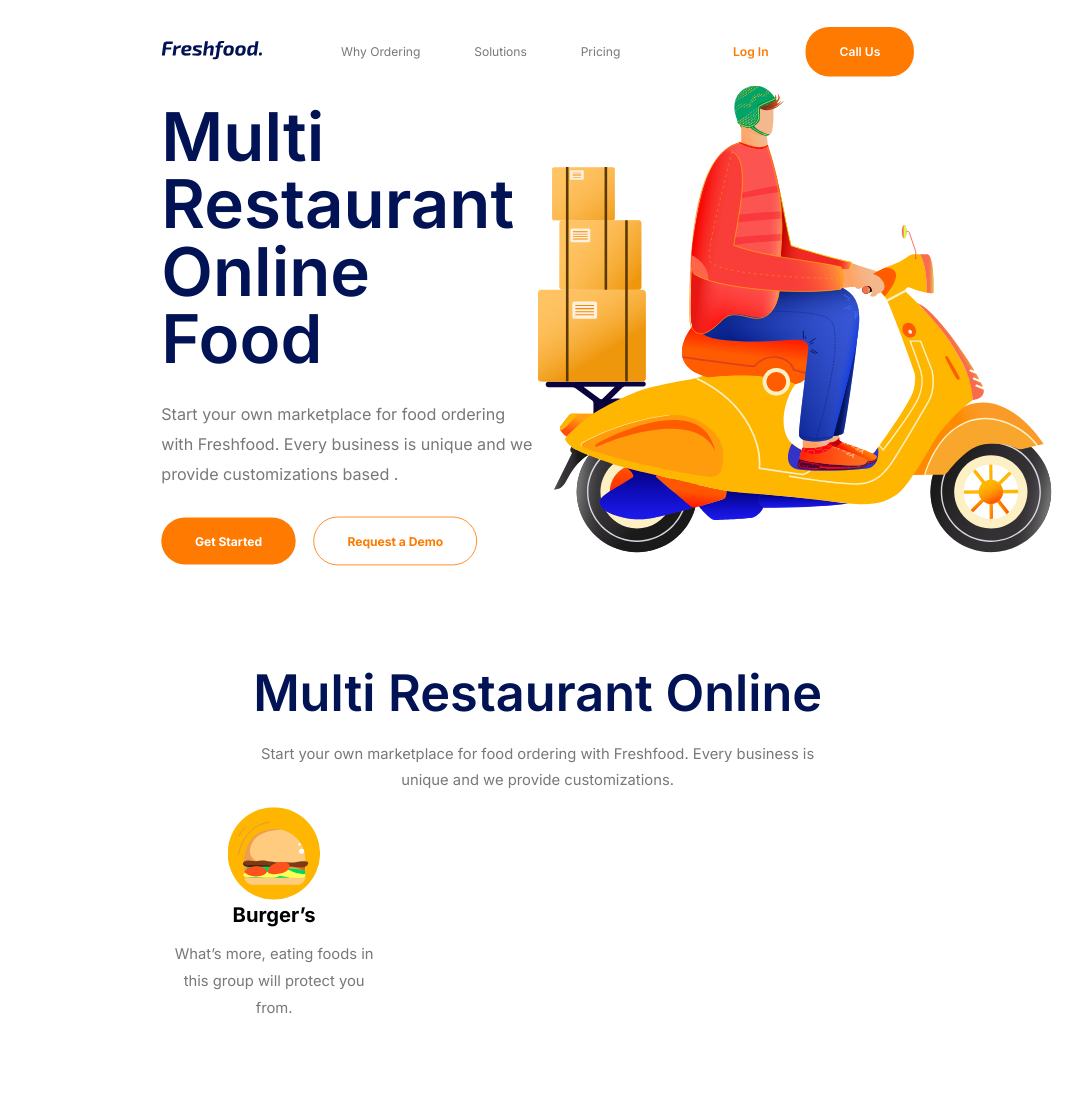
Repository: badhon252/FreshFood
Page: index.html
These files come from the project's save history. The page is drawn as it stood at one moment and after the next save; the edit follows.
The browser window is 1280 px wide. The pictures show the whole page, at 84% of full size.
The style sheet was rebuilt from its Sass, Less or Tailwind sources for each picture, by a compiler version that may differ from the author's.

Above is the page before, as saved 2022-09-06 00:47:59.

### index.html
<!DOCTYPE html>
<html lang="en">

<head>
    <meta charset="UTF-8">
    <meta http-equiv="X-UA-Compatible" content="IE=edge">
    <meta name="viewport" content="width=device-width, initial-scale=1.0">
    <link rel="stylesheet" href="./scss/style.css">
    <title>Document</title>
</head>

<body>
    <header class="container">
        <nav class="navbar">
            <div class="navbar-brand">
                <img src="./images/Freshfood.svg" alt="">
            </div>
            <ul class="navs">
                <li class="nav-item"><a href="" class="nav-link">Why Ordering</a></li>
                <li class="nav-item"><a href="" class="nav-link">Solutions</a></li>
                <li class="nav-item"><a href="" class="nav-link">Pricing</a></li>
            </ul>
            <div class="logs">
                <button class="btn">Log In</button>
                <button class="btn call">Call Us</button>
            </div>
        </nav>

        <div class="header-content">
            <div class="row">
                <div class="col-md-6">
                    <h1>Multi Restaurant <br> Online Food</h1>
                    <p>Start your own marketplace for food ordering <br> with Freshfood. Every business is unique and we
                        <br>
                        provide customizations
                        based .
                    </p>
                    <button class="btn start-btn">Get Started</button>
                    <button class="btn demo-btn">Request a Demo</button>
                </div>
                <div class="col-md-6"><img src="./images/Group 5402.svg" alt=""></div>
            </div>
        </div>

    </header>

    <section class="second-section container">
        <h1>Multi Restaurant Online</h1>
        <p>Start your own marketplace for food ordering with Freshfood. Every business is <br> unique and we provide
            customizations.</p>
        <div class="row">
            <div class="col-md-4"><img src="./images/Group 4463.svg" alt="">
                <h2>Burger’s</h2>
                <p>What’s more, eating foods in <br> this group will protect you <br> from.</p>
            </div>

        </div>
    </section>
</body>

</html>

### scss/style.scss
@import url("https://fonts.googleapis.com/css2?family=Inter:wght@400;600;700;800;900&display=swap");
* {
  margin: 0%;
  padding: 0%;
  box-sizing: border-box;
  font-family: "Inter", sans-serif;
}

.container {
  margin: 2rem 12rem;
}
.btn {
  outline: none;
  border: none;
  padding: 1.2rem 2.5rem;
  background-color: transparent;
}

.row {
  display: flex;
  justify-content: space-between;
  align-items: center;
  max-width: 100%;
  .col-md-6 {
    max-width: 50%;
  }
}

h1 {
  font-weight: 600;
  font-size: 60px;
  line-height: 80px;
  /* or 133% */

  color: #011255;
}
//=====
//=====
//=====
.navbar {
  display: flex;
  justify-content: space-between;
  align-items: center;
  ul {
    display: flex;
    li {
      margin: 1rem 2rem;
      list-style-type: none;
      .nav-link {
        text-decoration: none;
        color: black;
        font-weight: 500;
        font-size: 0.9rem;
        line-height: 21px;
        /* identical to box height */

        text-align: center;

        color: #787878;
      }
    }
  }

  .btn {
    font-weight: 500;
    font-size: 0.9rem;
    line-height: 21px;
    /* identical to box height */
    font-weight: 600;
    color: #ff7a00;
  }
  .call {
    background: #ff7a00;
    border-radius: 28px;
    color: #fff;
  }
}

.header-content {
  h1 {
    font-size: 5rem;
    margin: 2rem 0;
  }
  p {
    font-size: 1.2rem;
    margin: 2rem 0;
    line-height: 36px;
    color: #787878;
    font-weight: 500;
  }
  .btn {
    background: #ff7a00;
    border-radius: 60px;
    font-size: 0.9rem;
    font-weight: 700;
  }
  .start-btn {
    color: #fff;
    margin-right: 1rem;
  }
  .demo-btn {
    background-color: #ffffff;
    border: 1px solid #ff7a00;
    color: #ff7a00;
  }
}

.second-section {
  padding: 4rem 0;
  text-align: center;
  h1 {
    margin: 1rem;
  }
  p {
    font-size: 1.1rem;
    margin: 1rem;
    line-height: 32px;
    /* or 178% */

    text-align: center;

    color: #787878;
  }
}

After the next save:
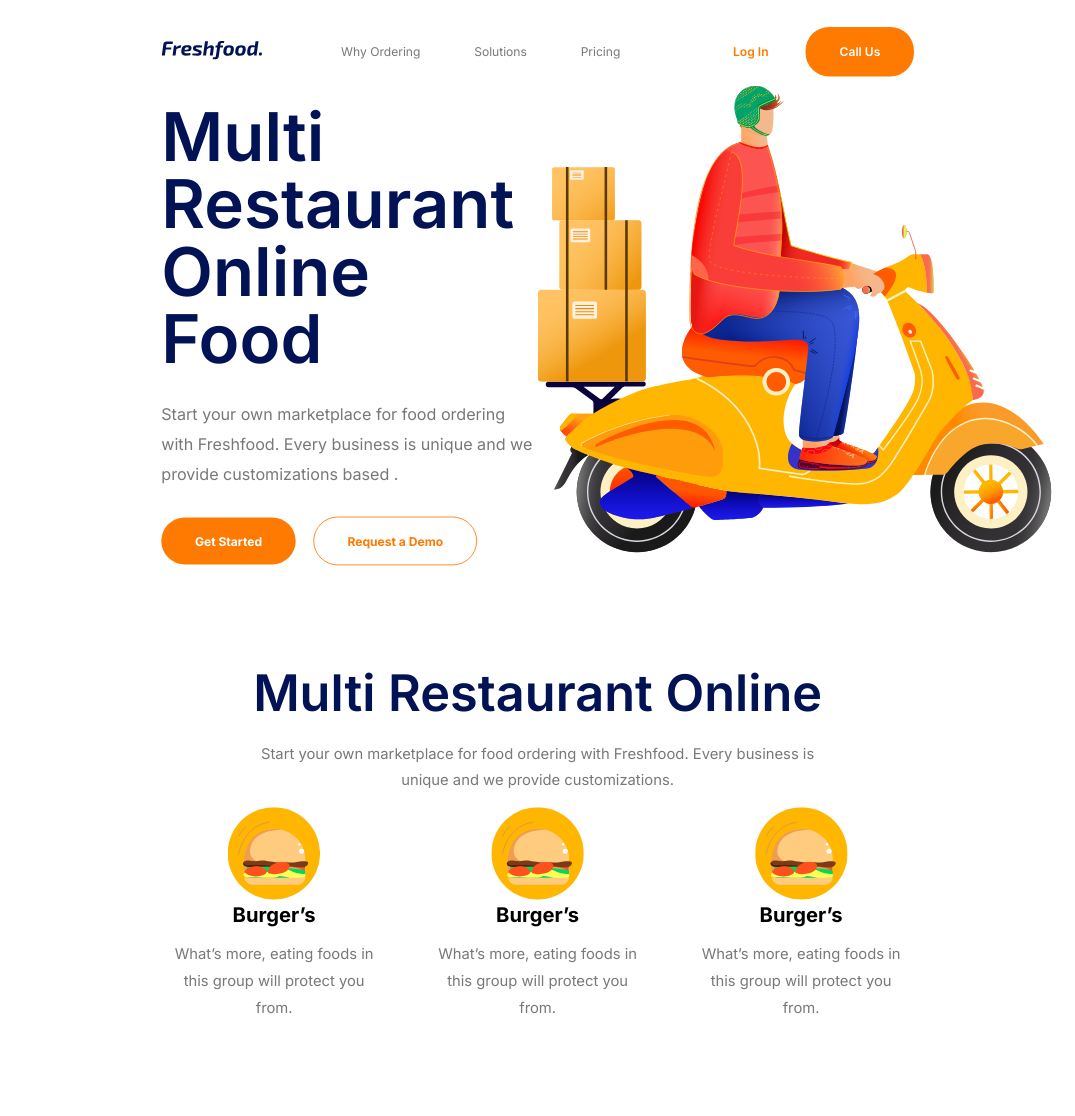
Saved 14 s later.
--- a/index.html
+++ b/index.html
@@ -53,6 +53,14 @@
                 <h2>Burger’s</h2>
                 <p>What’s more, eating foods in <br> this group will protect you <br> from.</p>
             </div>
+            <div class="col-md-4"><img src="./images/Group 4463.svg" alt="">
+                <h2>Burger’s</h2>
+                <p>What’s more, eating foods in <br> this group will protect you <br> from.</p>
+            </div>
+            <div class="col-md-4"><img src="./images/Group 4463.svg" alt="">
+                <h2>Burger’s</h2>
+                <p>What’s more, eating foods in <br> this group will protect you <br> from.</p>
+            </div>
 
         </div>
     </section>
